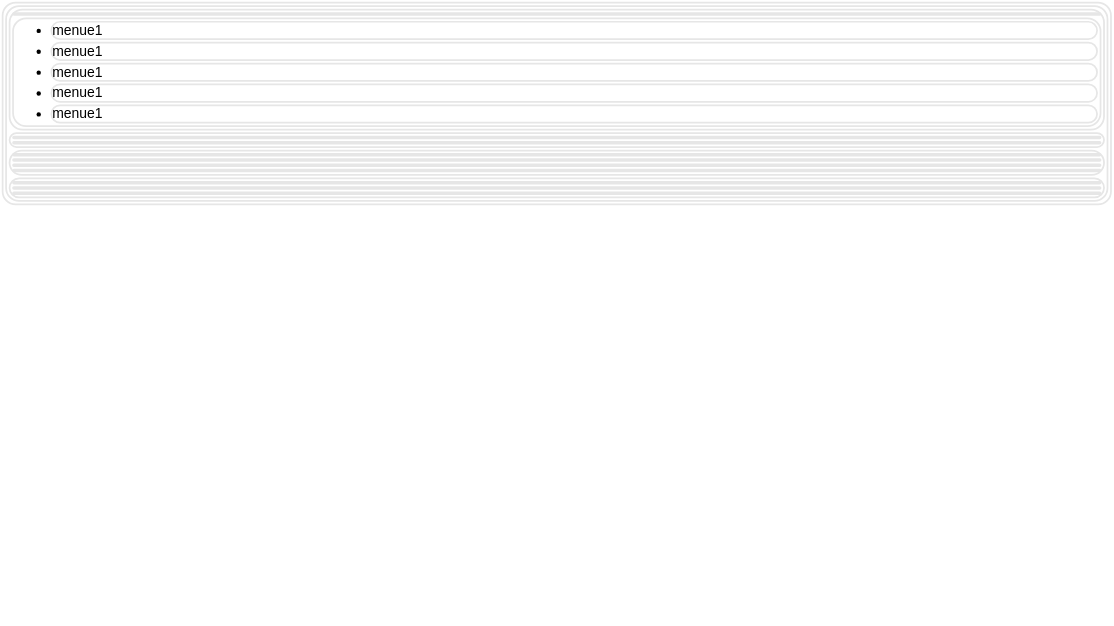
Repository: clairedupuich/cv-claireDUPUICH
Page: cv.html
An editor plug-in stored every save of this project. The page is shown before and after the next save, followed by the edit.
The browser window is 1280 px wide. The pictures show the whole page, at 87% of full size.

Above is the page before, as saved 2020-10-08 16:28:09.

### cv.html
<!DOCTYPE html>
<html lang="fr" dir="ltr">
  <head>
    <meta charset="utf-8">
    <title>Exercice</title>
    <link rel="stylesheet" href="cv.css">
  </head>
  <body>
    <section class="header">
        <div class="img">
        </div>

            <ul class="nav">
                <li>menue1</li>
                <li>menue1</li>
                <li>menue1</li>
                <li>menue1</li>
                <li>menue1</li>
            </ul>

    </section>
      <section class="section 1">
          <div class="article1_1">
          </div>
          <div class="article1_2">
          </div>
      </section>
      <section class="section2">
        <div class="article2_1">
        </div>
        <div class="article2_2">
        </div>
        <div class="article2_3">
        </div>
        <div class="article2_4">
        </div>
      </section>
      <footer>
          <div class='footer1'>
          </div>
        <div class="footer2">
        </div>

        <div class="footer3">
        </div>
    </footer>
  </body>
</html>

### cv.css
* {
    font-family: Avenir, sans-serif;
    border: 2px solid rgb(230, 230, 230);
    border-radius: 16px;
    margin: 2px;

}
@media screen and (min-width: 768px) and (max-width: 992px){


    body {
        background-color: azure;


    }
    section {
        margin-top: 10px;
        width: 95%;
        background-color: rgb(156, 156, 129);


    }
    div {
        margin: 15px auto;
        width:80% ;
        height: 100px;
        background-color: rgb(83, 83, 83);
    }
    ul {
        text-align: center;
        list-style: none;
        color: tomato;
    }

    footer,
    .header{
        background-color:rgb(162, 211, 233);
    }

    .footer2,
    .footer1 {
        height: 45px;
        width: 20%;
        float: left;

    }
    .footer1{
        margin-left: 25%;
        margin-right: 10%;
    }

    .footer3 {
        clear: both;
        height: 50px;
    }
    .img {
        width:120px;
        height: 120px;
        text-align: left;
    }

}
@media screen and (min-width: 992px) and (max-width: 1200px){

    body {
        background-color: rgb(153, 192, 192);


    }
    section {
        margin: 10px auto;
        width: 96%;
        background-color: rgb(248, 248, 194);


    }
    div {
        margin: 15px auto;
        width:80% ;
        height: 100px;
        background-color: rgb(207, 199, 199);
    }
    ul {
        text-align: center;
        list-style: none;
        color: rgb(212, 45, 15);
    }

    footer,
    .header{
        background-color:rgb(247, 247, 247);
    }

    .footer2,
    .footer1 {
        height: 45px;
        width: 20%;
        float: left;

    }
    .footer1{
        margin-left: 25%;
        margin-right: 10%;
    }

    .footer3 {
        clear: both;
        height: 50px;
    }
    .img {
        width:120px;
        height: 120px;
        text-align: left;
    }
}
@media screen and (min-width: 1200px){}

After the next save:
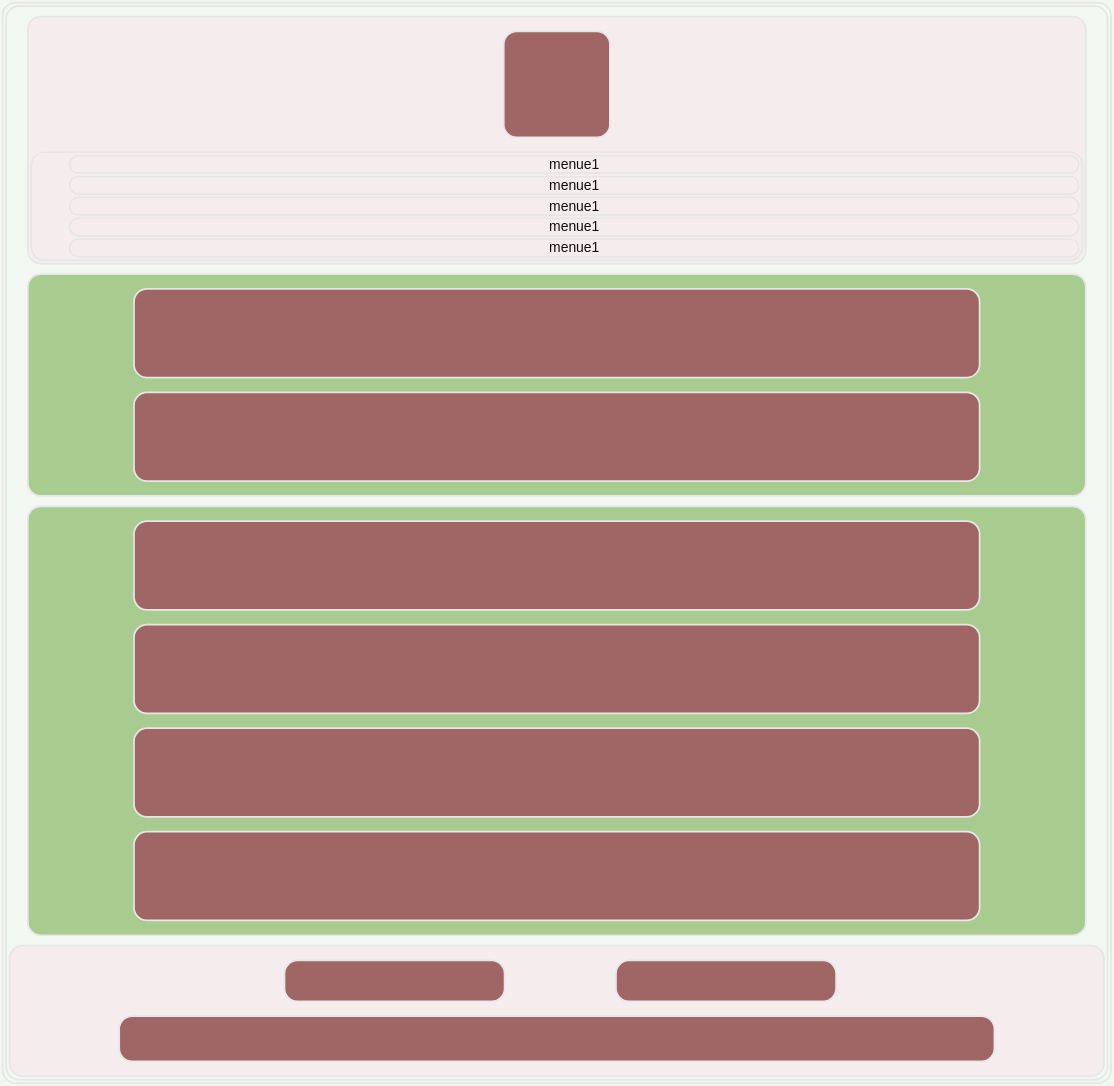
Saved 3 min 6 s later.
--- a/cv.css
+++ b/cv.css
@@ -113,4 +113,55 @@
         text-align: left;
     }
 }
-@media screen and (min-width: 1200px){}
+@media screen and (min-width: 1200px){
+    body {
+        background-color: rgb(243, 247, 241);
+
+
+    }
+    section {
+        margin: 10px auto;
+        width: 96%;
+        background-color: rgb(168, 204, 143);
+
+
+    }
+    div {
+        margin: 15px auto;
+        width:80% ;
+        height: 100px;
+        background-color: rgb(160, 101, 101);
+    }
+    ul {
+        text-align: center;
+        list-style: none;
+        color: rgb(17, 16, 16);
+    }
+
+    footer,
+    .header{
+        background-color:rgb(245, 237, 237);
+    }
+
+    .footer2,
+    .footer1 {
+        height: 45px;
+        width: 20%;
+        float: left;
+
+    }
+    .footer1{
+        margin-left: 25%;
+        margin-right: 10%;
+    }
+
+    .footer3 {
+        clear: both;
+        height: 50px;
+    }
+    .img {
+        width:120px;
+        height: 120px;
+        text-align: left;
+    }
+}
